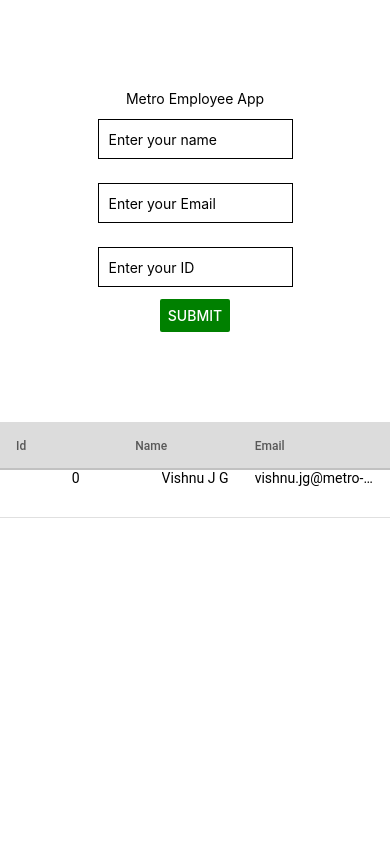
Repository: VishnuJG/Metro-Employee-App
Screen: /
These files come from the project's save history. The screen is drawn as it stood at one moment and after a run of saves; the edit follows.
The app was drawn by React Native's web renderer in a window 390 px wide. The project was rebuilt for these pictures with package versions that can differ from the ones it lists, and the page was loaded fresh each time. Some packages were replaced by stand-ins written for this rebuild. Also part of the build but not shown: components/Task.js.

Above is the screen before, as saved 2022-06-28 15:09:44.

After the next 2 saves:
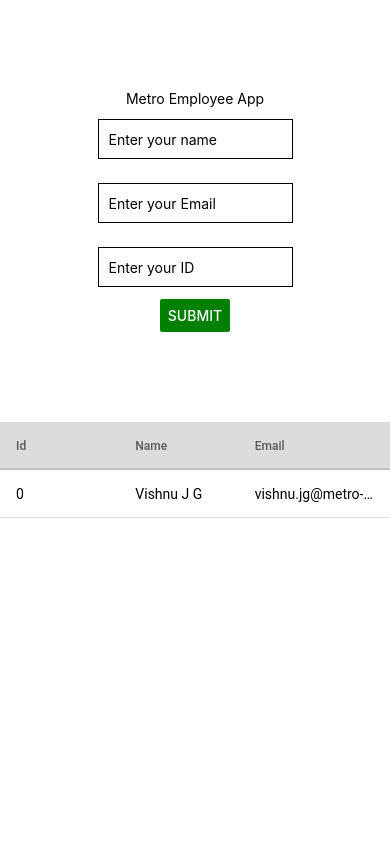
The 2 saves are shown as one change because they came seconds apart.
The last was saved 32 s later.
--- a/components/Table.js
+++ b/components/Table.js
@@ -9,9 +9,9 @@ export default function Table(props) {
   console.log("Hello");
   return (
     <DataTable.Row>
-            <DataTable.Cell style={styles.employee}>{props.eid}</DataTable.Cell>
-            <DataTable.Cell style={styles.employee}>{props.ename}</DataTable.Cell>
-            <DataTable.Cell style={styles.employee}>{props.eemail}</DataTable.Cell>
+            <DataTable.Cell>{props.eid}</DataTable.Cell>
+            <DataTable.Cell>{props.ename}</DataTable.Cell>
+            <DataTable.Cell>{props.eemail}</DataTable.Cell>
     </DataTable.Row>
 
 
